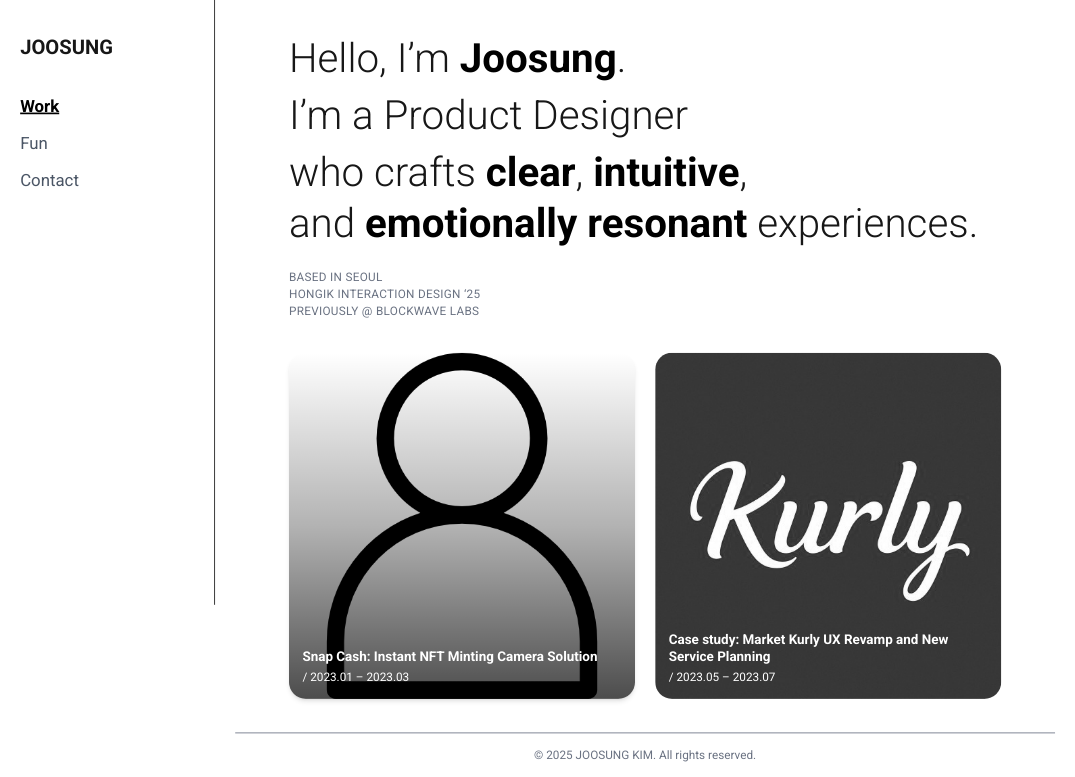
Repository: zooworks/portfolio-2025
Page: /work
An editor plug-in stored every save of this project. The page is shown before and after the next save, followed by the edit.
The browser window is 1280 px wide. The pictures show the whole page, at 84% of full size.
The project was rebuilt for these pictures with package versions that can differ from the ones it lists, and the page was loaded fresh each time. The framework's server and built-in components were replaced by stand-ins that run in the browser. Also part of the build but not shown: next.config.ts.

Above is the page before, as saved 2025-08-30 22:53:11.

After the next save:
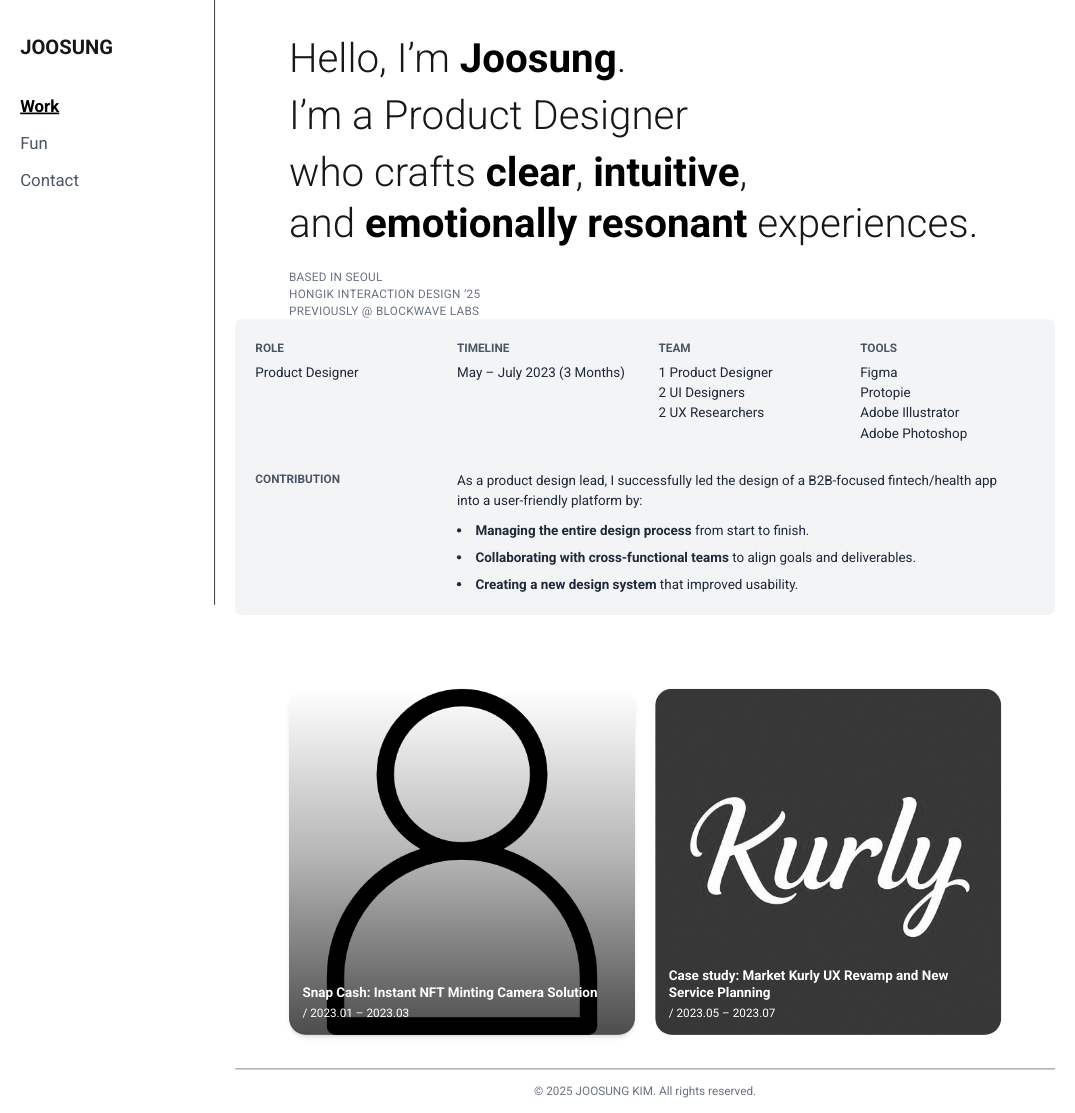
Saved 46 s later.
--- a/app/work/page.tsx
+++ b/app/work/page.tsx
@@ -28,6 +28,84 @@
           Previously @ blockwave labs
         </p>
       </div>
+      <section className="bg-gray-100 rounded-lg p-6 mb-12">
+        <div className="grid grid-cols-1 md:grid-cols-12 gap-4 md:gap-8">
+          <div className="md:col-span-3">
+            <h3 className="text-sm font-bold uppercase text-gray-600 mb-2">
+              Role
+            </h3>
+            <p className="text-base text-gray-800">Product Designer</p>
+          </div>
+
+          <div className="md:col-span-3">
+            <h3 className="text-sm font-bold uppercase text-gray-600 mb-2">
+              Timeline
+            </h3>
+            <p className="text-base text-gray-800">
+              May – July 2023 (3 Months)
+            </p>
+          </div>
+
+          <div className="md:col-span-3">
+            <h3 className="text-sm font-bold uppercase text-gray-600 mb-2">
+              Team
+            </h3>
+            <p className="text-base text-gray-800">
+              1 Product Designer <br />
+              2 UI Designers <br />2 UX Researchers
+            </p>
+          </div>
+
+          <div className="md:col-span-3">
+            <h3 className="text-sm font-bold uppercase text-gray-600 mb-2">
+              Tools
+            </h3>
+            <p className="text-base text-gray-800">
+              Figma <br />
+              Protopie <br />
+              Adobe Illustrator <br />
+              Adobe Photoshop
+            </p>
+          </div>
+
+          {/* Contribution: 제목 + 본문 같은 셀에 넣기 */}
+          <div className="md:col-span-12 flex flex-col md:grid md:grid-cols-12 md:gap-8">
+            <div className="md:col-span-3">
+              <h3 className="text-sm font-bold uppercase text-gray-600 mb-2">
+                Contribution
+              </h3>
+            </div>
+            <div className="text-base text-gray-800 md:col-span-9 max-w-none">
+              <p>
+                As a product design lead, I successfully led the design of a
+                B2B-focused fintech/health app{" "}
+                <br className="hidden md:block" />
+                into a user-friendly platform by:
+              </p>
+              <ul className="list-disc list-inside mt-3 space-y-2">
+                <li>
+                  <span className="font-semibold">
+                    Managing the entire design process
+                  </span>{" "}
+                  from start to finish.
+                </li>
+                <li>
+                  <span className="font-semibold">
+                    Collaborating with cross-functional teams
+                  </span>{" "}
+                  to align goals and deliverables.
+                </li>
+                <li>
+                  <span className="font-semibold">
+                    Creating a new design system
+                  </span>{" "}
+                  that improved usability.
+                </li>
+              </ul>
+            </div>
+          </div>
+        </div>
+      </section>
 
       <div className="px-6 py-10 max-w-4xl mx-auto">
         <div className="grid grid-cols-1 md:grid-cols-2 gap-6">

After the 4 saves that followed:
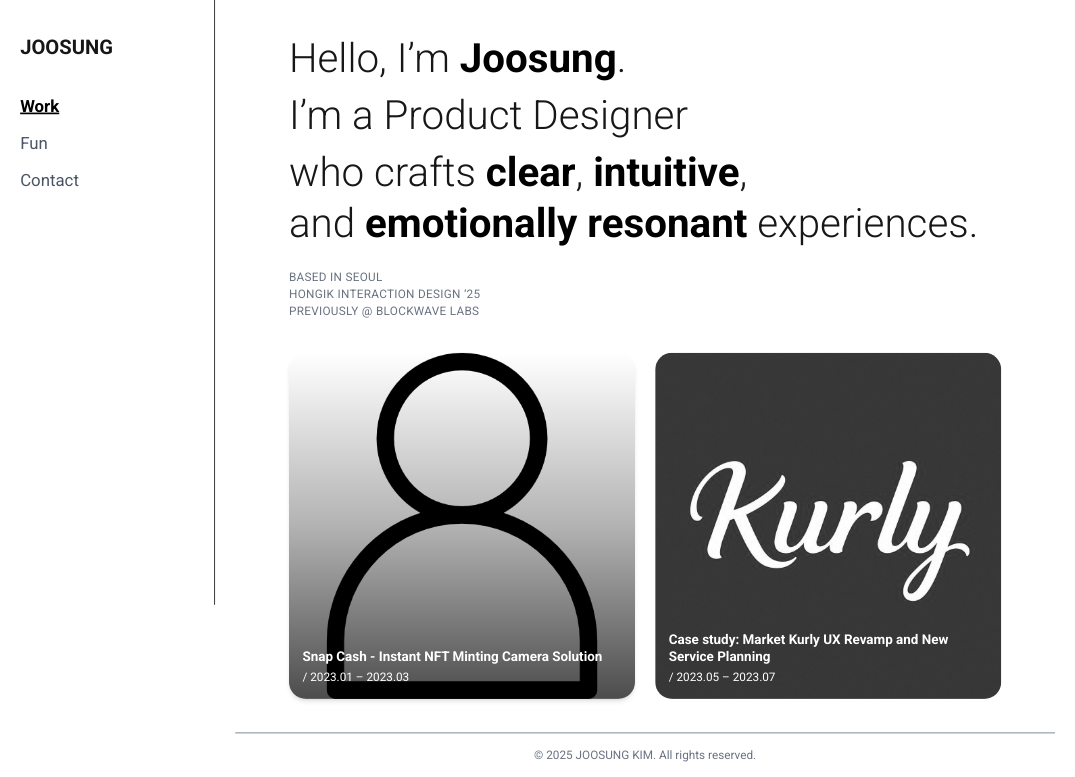
The 4 saves are shown as one change because 2 did not build or start and 1 left the picture as it was.
The last was saved 89 s later.
--- a/app/layout.tsx
+++ b/app/layout.tsx
@@ -39,8 +39,8 @@
       <body className={`${roboto.variable} font-sans antialiased`}>
         {/* ✅ 모바일 헤더는 항상 최상단에 */}
         <header className="md:hidden w-full px-6 py-4 flex justify-between items-center border-b fixed bg-white z-50">
-          <span className="font-bold text-xl">JOOSUNG</span>
-          <nav className="flex space-x-4 text-base text-gray-600">
+          <span className="font-bold text-xl">JOOSUNG KIM</span>
+          <nav className="flex space-x-4 text-sm text-gray-600">
             <Link href="/work" className="hover:underline">
               Work
             </Link>
--- a/app/work/page.tsx
+++ b/app/work/page.tsx
@@ -28,84 +28,6 @@
           Previously @ blockwave labs
         </p>
       </div>
-      <section className="bg-gray-100 rounded-lg p-6 mb-12">
-        <div className="grid grid-cols-1 md:grid-cols-12 gap-4 md:gap-8">
-          <div className="md:col-span-3">
-            <h3 className="text-sm font-bold uppercase text-gray-600 mb-2">
-              Role
-            </h3>
-            <p className="text-base text-gray-800">Product Designer</p>
-          </div>
-
-          <div className="md:col-span-3">
-            <h3 className="text-sm font-bold uppercase text-gray-600 mb-2">
-              Timeline
-            </h3>
-            <p className="text-base text-gray-800">
-              May – July 2023 (3 Months)
-            </p>
-          </div>
-
-          <div className="md:col-span-3">
-            <h3 className="text-sm font-bold uppercase text-gray-600 mb-2">
-              Team
-            </h3>
-            <p className="text-base text-gray-800">
-              1 Product Designer <br />
-              2 UI Designers <br />2 UX Researchers
-            </p>
-          </div>
-
-          <div className="md:col-span-3">
-            <h3 className="text-sm font-bold uppercase text-gray-600 mb-2">
-              Tools
-            </h3>
-            <p className="text-base text-gray-800">
-              Figma <br />
-              Protopie <br />
-              Adobe Illustrator <br />
-              Adobe Photoshop
-            </p>
-          </div>
-
-          {/* Contribution: 제목 + 본문 같은 셀에 넣기 */}
-          <div className="md:col-span-12 flex flex-col md:grid md:grid-cols-12 md:gap-8">
-            <div className="md:col-span-3">
-              <h3 className="text-sm font-bold uppercase text-gray-600 mb-2">
-                Contribution
-              </h3>
-            </div>
-            <div className="text-base text-gray-800 md:col-span-9 max-w-none">
-              <p>
-                As a product design lead, I successfully led the design of a
-                B2B-focused fintech/health app{" "}
-                <br className="hidden md:block" />
-                into a user-friendly platform by:
-              </p>
-              <ul className="list-disc list-inside mt-3 space-y-2">
-                <li>
-                  <span className="font-semibold">
-                    Managing the entire design process
-                  </span>{" "}
-                  from start to finish.
-                </li>
-                <li>
-                  <span className="font-semibold">
-                    Collaborating with cross-functional teams
-                  </span>{" "}
-                  to align goals and deliverables.
-                </li>
-                <li>
-                  <span className="font-semibold">
-                    Creating a new design system
-                  </span>{" "}
-                  that improved usability.
-                </li>
-              </ul>
-            </div>
-          </div>
-        </div>
-      </section>
 
       <div className="px-6 py-10 max-w-4xl mx-auto">
         <div className="grid grid-cols-1 md:grid-cols-2 gap-6">
@@ -123,7 +45,7 @@
               />
               <div className="absolute inset-0 flex flex-col justify-end bg-gradient-to-t from-black/70 via-black/30 to-transparent p-4">
                 <h3 className="text-white text-sm sm:text-base font-semibold leading-tight">
-                  Snap Cash: Instant NFT Minting Camera Solution
+                  Snap Cash - Instant NFT Minting Camera Solution
                 </h3>
                 <p className="text-white text-xs sm:text-sm mt-1">
                   / 2023.01 – 2023.03
